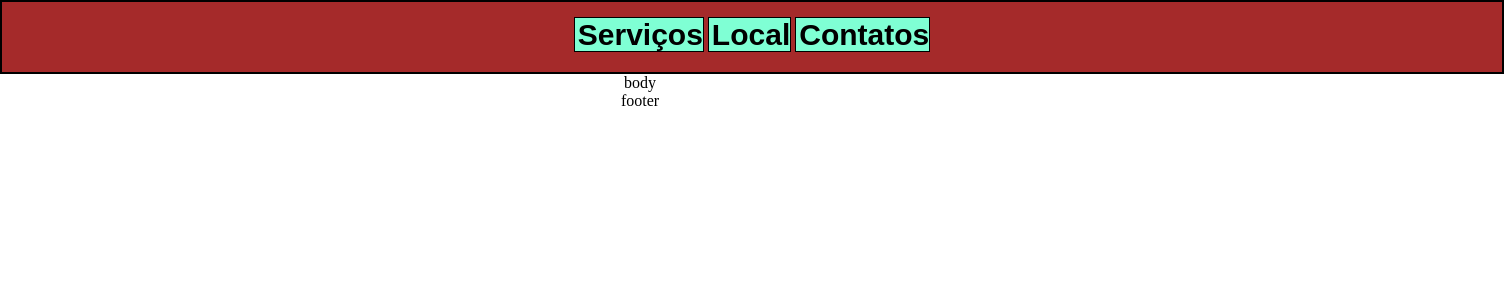
Repository: marllon-hetzler/Site-Salvatore-Barbearia
Page: home.html
An editor plug-in stored every save of this project. The page is shown before and after the next save, followed by the edit.
The browser window is 1280 px wide. The page is 1504 px wide, so the pictures cover 1504 px, including what lies to the right of the window. The pictures show the whole page.

Above is the page before, as saved 2023-02-18 14:15:38.

After the next save:
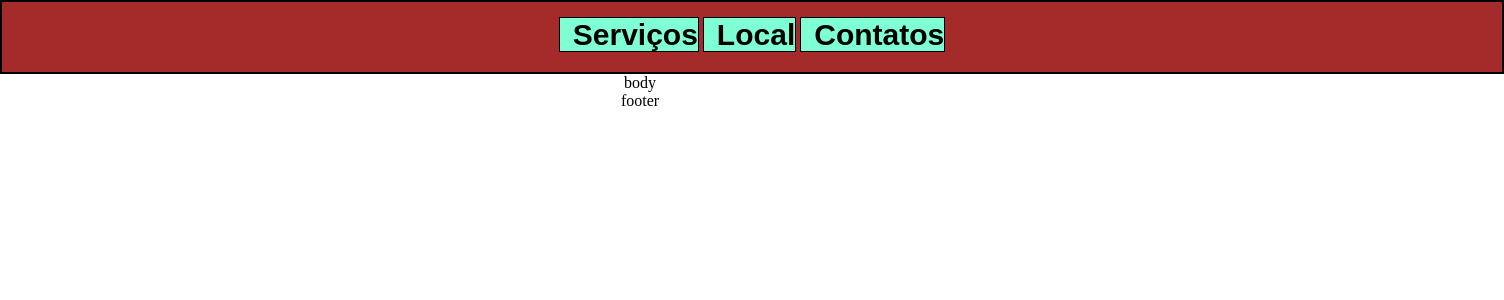
Saved 11 s later.
--- a/home.html
+++ b/home.html
@@ -38,7 +38,7 @@
         font-family: Arial, Helvetica, sans-serif;
         font-size: 30px;
         font-weight: bold;
-        padding-left: 3px;
+        padding-left: 13px;
     }
     .links{
         padding-top: 1rem;
